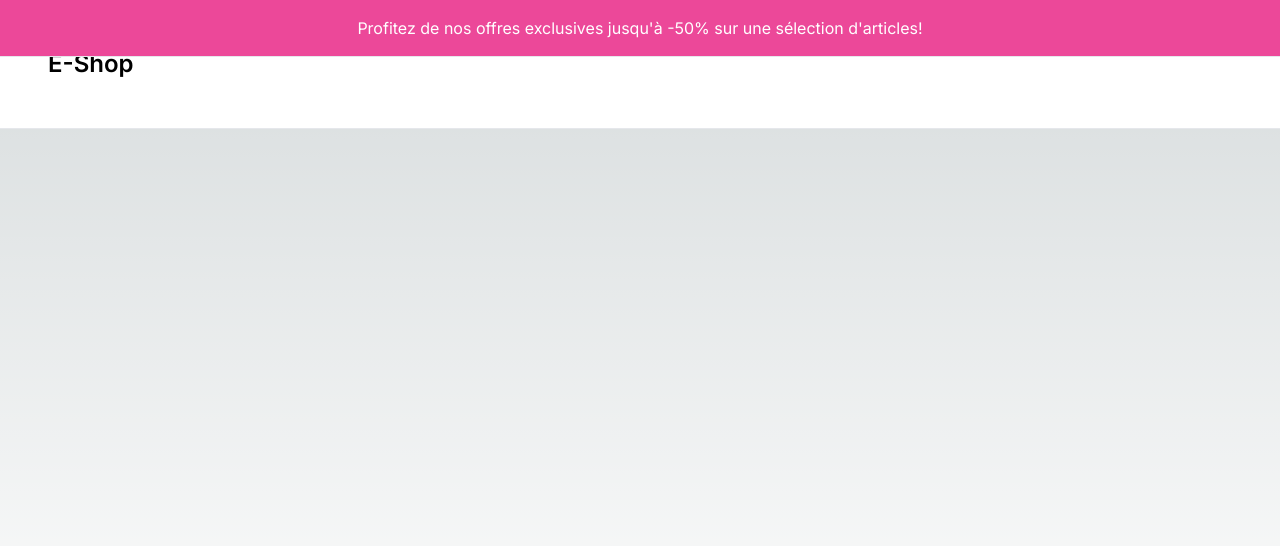
Repository: SDlevelUp/e-shop
Page: /
These files come from the project's save history. The page is drawn as it stood at one moment and after a run of saves; the edit follows.
The browser window is 1280 px wide. The pictures show the whole page.
The project was rebuilt for these pictures with package versions that can differ from the ones it lists, and the page was loaded fresh each time. The framework's server and built-in components were replaced by stand-ins that run in the browser. Also part of the build but not shown: next.config.js.

Above is the page before, as saved 2023-08-29 09:09:25.

After the next 3 saves:
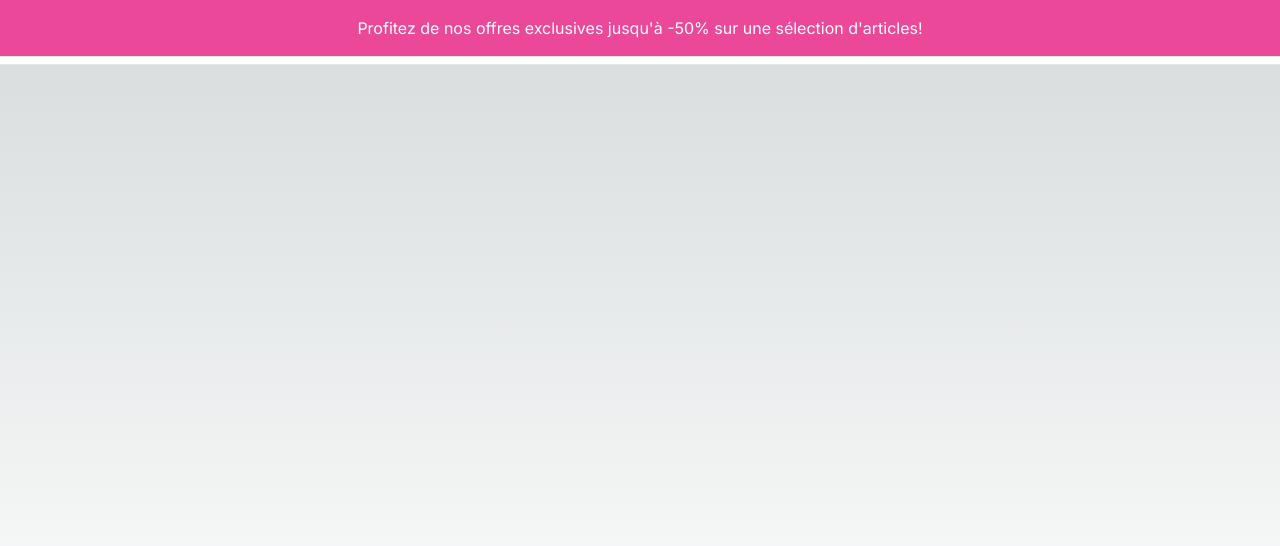
The 3 saves are shown as one change because they came seconds apart.
The last was saved 14 s later.
--- a/src/components/Navbar/Navbar.jsx
+++ b/src/components/Navbar/Navbar.jsx
@@ -17,7 +17,7 @@ export default function Navbar() {
 
                 <nav className="max-w-screen-xl flex items-center justify-between mx-auto p-4">
                     <div className="flex items-center cursor-pointer">
-                        <span className="self-center text-2xl font-semibold whitespace-nowrap p-8">
+                        <span className="self-center text-2xl font-semibold whitespace-nowrap first-letter:">
                             E-Shop
                         </span>
                     </div>
